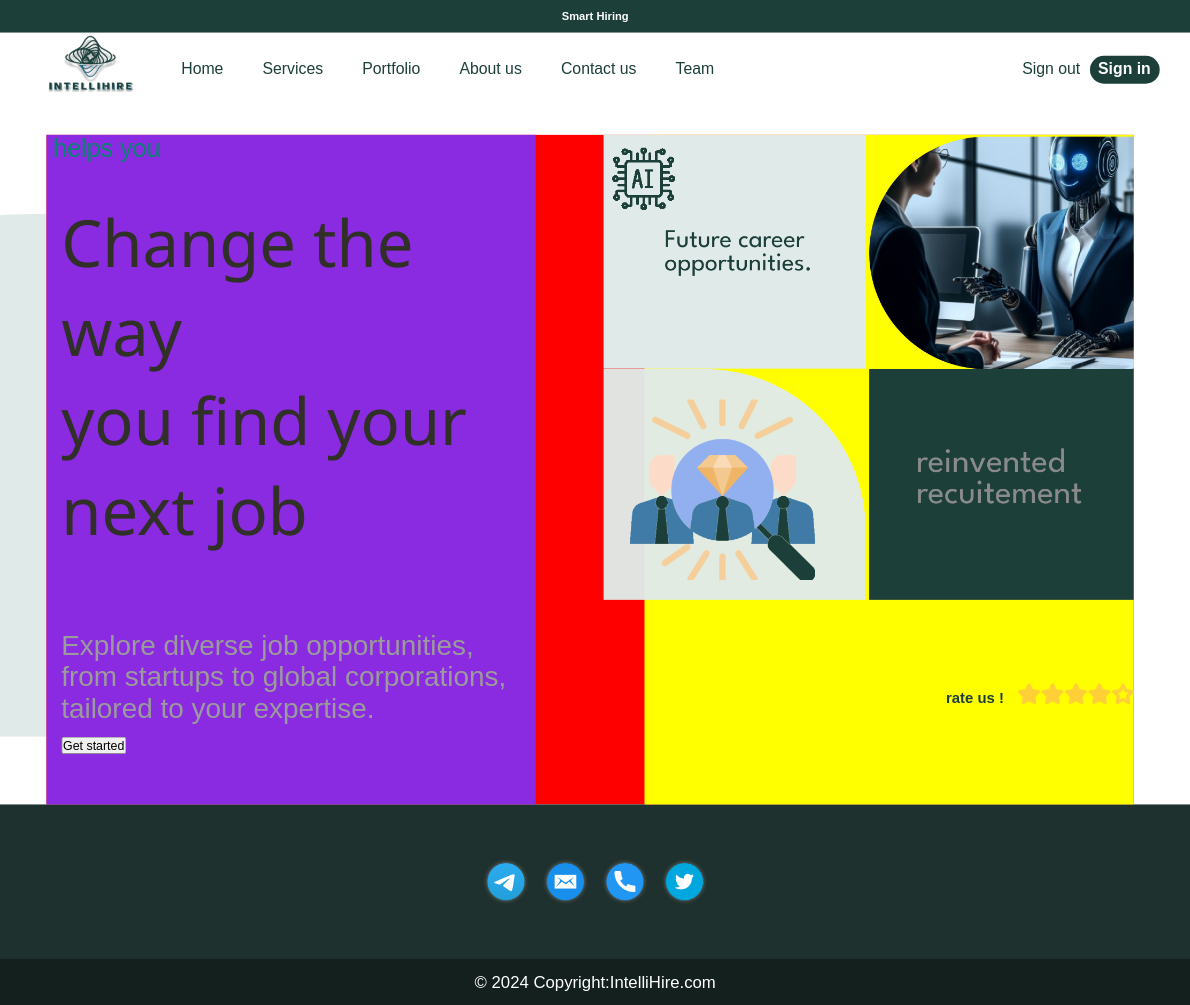
Repository: arijkl/Projet-PFA
Page: HomePage.html
These files come from the project's save history. The page is drawn as it stood at one moment and after the next save; the edit follows.
The browser window is 1280 px wide. The pictures show the whole page, at 93% of full size.

Above is the page before, as saved 2024-04-21 23:49:20.

After the next save:
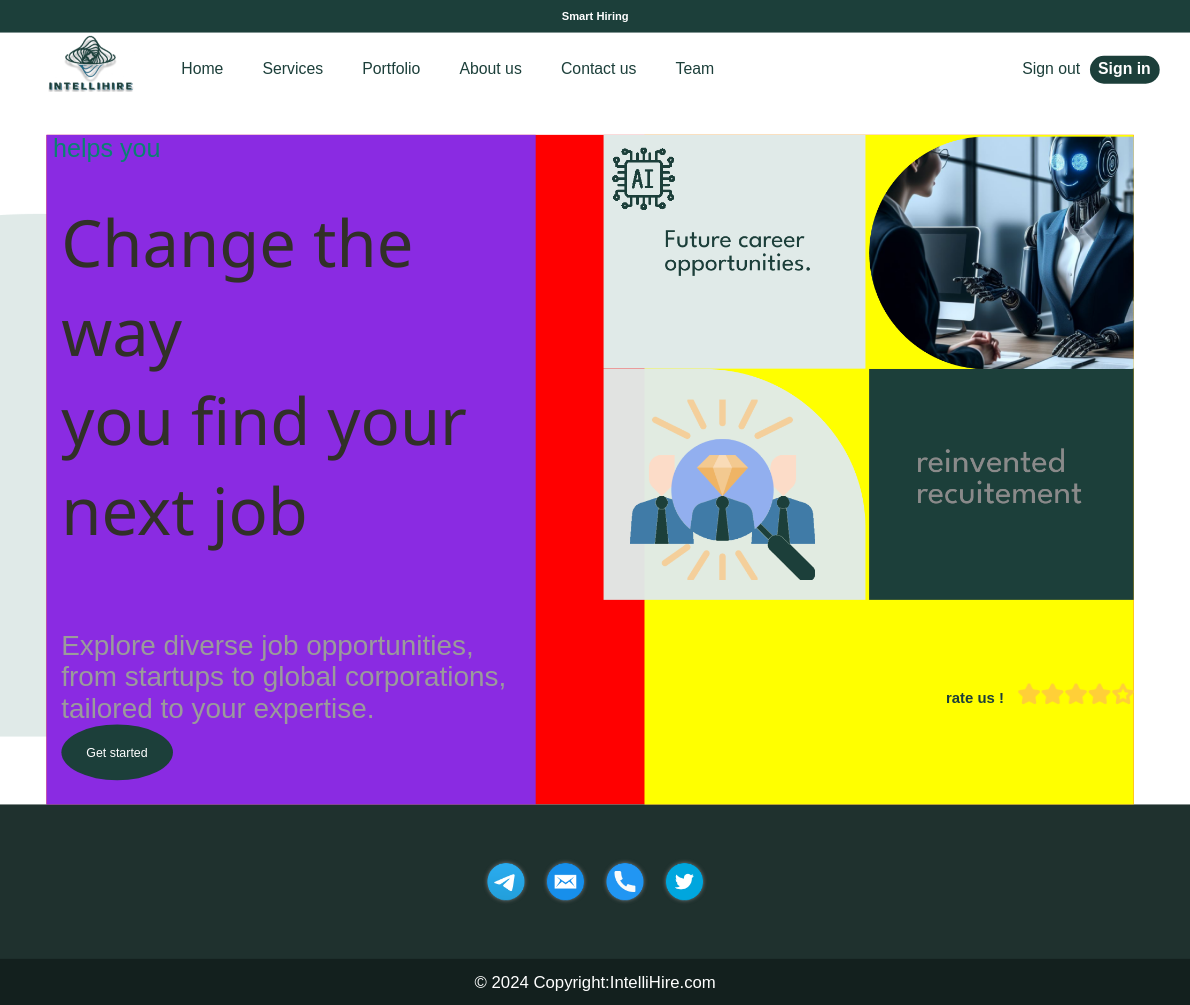
Saved 75 s later.
--- a/HomePage.css
+++ b/HomePage.css
@@ -204,7 +204,12 @@
     font-size:30px;
 }
 .started-btn{
-
+    height:60px;
+    width:120px;
+    color:white;
+    background-color:#1C3F3A;
+    border:none;
+    border-radius: 50%;
 
 }
 
